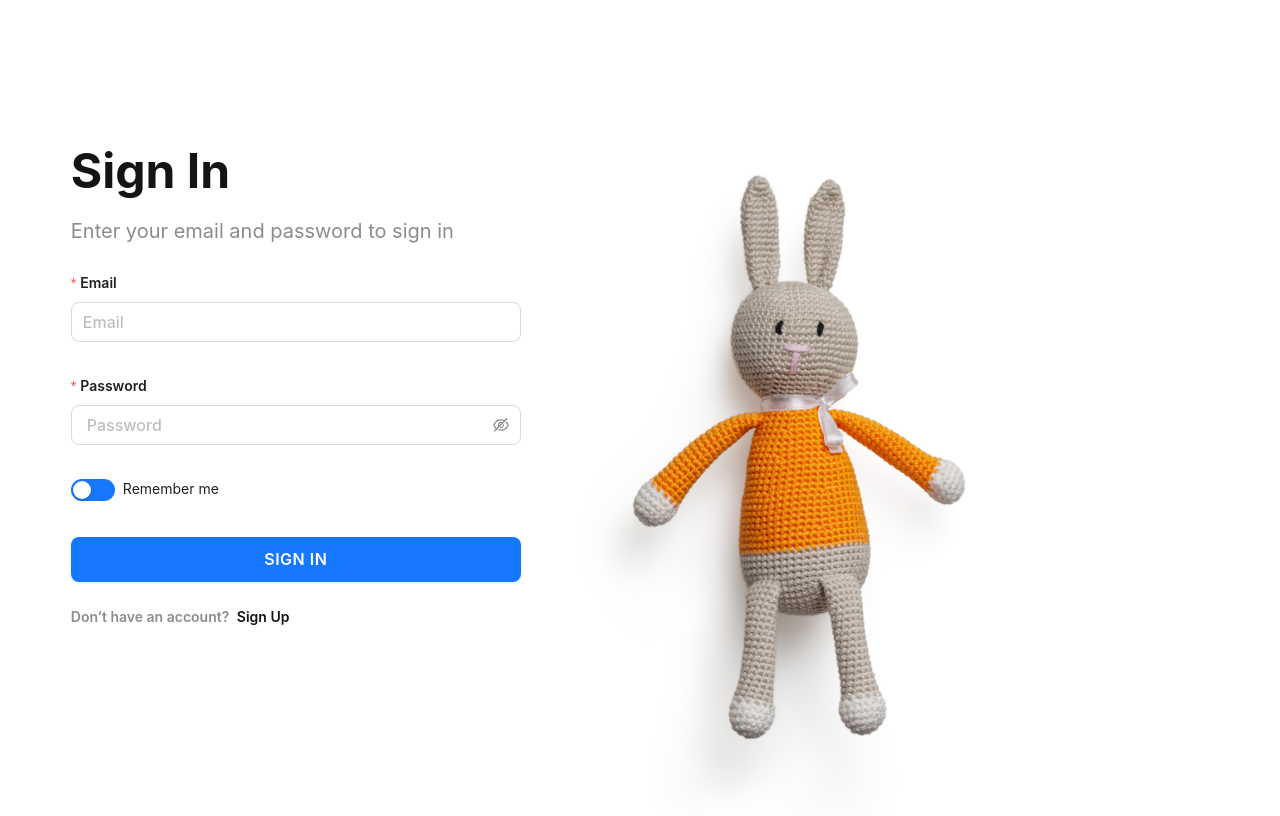
Repository: frontgps/dashboard
Page: /login
An editor plug-in stored every save of this project. The page is shown before and after a run of saves, followed by the edit.
The browser window is 1280 px wide. The pictures show the whole page.
The project was rebuilt for these pictures with package versions that can differ from the ones it lists, and the page was loaded fresh each time. Also part of the build but not shown: vite.config.ts, src/components/Button/Button.module.scss, src/components/Button/Button.tsx.

Above is the page before, as saved 2025-10-01 21:34:32.

### index.html
<!doctype html>
<html lang="en" dir="ltr">
  <head>
    <meta charset="UTF-8" />
    <link rel="icon" type="image/svg+xml" href="/vite.svg" />
    <meta name="viewport" content="width=device-width, initial-scale=1.0" />
    <title>dashboard</title>
  </head>
  <body>
    <div id="root"></div>
    <script type="module" src="/src/main.tsx"></script>
  </body>
</html>

### src/main.tsx
import { StrictMode } from 'react'
import { createRoot } from 'react-dom/client'
import App from '@/App'
import { ConfigProvider } from 'antd'
import { BrowserRouter } from 'react-router-dom'
import '@/styles/globals.scss'

createRoot(document.getElementById('root')!).render(
  <StrictMode>
    <ConfigProvider direction="rtl">
      <BrowserRouter>
        <App />
      </BrowserRouter>
    </ConfigProvider>
  </StrictMode>
)

### src/App.tsx
import Button from '@/components/Button/Button'
import { Route, Routes } from 'react-router-dom'
import Login from '@/pages/Login'
import { QueryClient, QueryClientProvider } from '@tanstack/react-query'
const queryClient = new QueryClient()

function App() {
  return (
    <QueryClientProvider client={queryClient}>
      <>
        <Routes>
          <Route
            path="/"
            element={
              <>
                <p>Interactive Frontend Camp</p>
                <Button>add</Button>
              </>
            }
          />
          <Route path="/login" element={<Login />} />
        </Routes>
      </>
    </QueryClientProvider>
  )
}

export default App

### src/styles/globals.scss
* {
  box-sizing: border-box;
  margin: 0;
  padding: 0;
}

//Ant inputs
.ant-input::placeholder,
.ant-input-password input::placeholder {
  font-weight: 500;
  color: #bfbfbf;
}
.ant-input,
.ant-input-password input {
  text-align: left;
  direction: ltr;
}
.ant-input-password .ant-input-suffix {
  right: 11px;
  left: auto;
}
.ant-input-password .ant-input-password-icon {
  position: absolute !important;
  right: 11px !important;
  left: auto !important;
}

### src/pages/Login.tsx
import { Row, Col, Typography, Form, Input, Button, Switch } from 'antd'
import type { FormProps } from 'antd'
import '@/styles/Login.scss'
import { useLogin } from '@/hooks/useLogin'

const { Text } = Typography

type LoginFormValues = {
  email: string
  password: string
  remember?: boolean
}

export default function Login() {
  const { mutateLogin, isPending, error } = useLogin()
  const onFinish: FormProps<LoginFormValues>['onFinish'] = (values) => {
    mutateLogin({ identity: values.email, password: values.password })
  }

  return (
    <div className="container">
      <Row align="middle" justify="center" className="login-container">
        <Col xs={22} sm={20} md={10} className="form-col">
          <div className="login-form-wrapper">
            <h2 className="login-title">Sign In</h2>
            <Text className="login-subtitle">
              Enter your email and password to sign in
            </Text>

            <Form<LoginFormValues>
              layout="vertical"
              onFinish={onFinish}
              className="login-form"
            >
              <Form.Item
                label={<span className="login-label">Email</span>}
                name="email"
                rules={[
                  { required: true, message: 'Please enter your email!' },
                  { type: 'email', message: 'Invalid email format!' },
                ]}
                className="login-form-item"
              >
                <Input
                  placeholder="Email"
                  size="large"
                  className="login-input"
                />
              </Form.Item>

              <Form.Item
                label={<span className="login-label">Password</span>}
                name="password"
                rules={[
                  { required: true, message: 'Please enter your password!' },
                ]}
                className="login-form-item"
              >
                <Input.Password
                  placeholder="Password"
                  size="large"
                  className="login-input"
                />
              </Form.Item>

              <Form.Item className="remember-me">
                <div className="remember-wrapper">
                  <Form.Item
                    name="remember"
                    valuePropName="checked"
                    noStyle
                    initialValue={true}
                  >
                    <Switch />
                  </Form.Item>
                  <Text className="remember-text">Remember me</Text>
                </div>
              </Form.Item>

              <Form.Item className="login-button-item">
                <Button
                  type="primary"
                  htmlType="submit"
                  size="large"
                  block
                  loading={isPending}
                  className="login-button"
                >
                  SIGN IN
                </Button>
              </Form.Item>
            </Form>

            <div className="signup-box">
              <Text className="signup-text">Don’t have an account? </Text>
              <a href="/signup" className="signup-link">
                Sign Up
              </a>
            </div>
          </div>
        </Col>

        <Col xs={22} sm={20} md={14} className="image-col">
          <img src="/images/login.jpg" alt="login" className="login-image" />
        </Col>
      </Row>
    </div>
  )
}

### src/styles/theme.scss
// Colors
$primary-color: #1677ff;
$secondary-color: #fff;

### src/styles/Login.scss
.container {
    max-width: 1800px;
    margin: 50px;
    @media (max-width: 767.98px) {
      margin: auto;
    }
  }
  .login-left {
    padding: 10px 60px;
  }

  .login-form-wrapper {
    max-width: 450px;
    margin: 0 auto;
  }

  .login-title {
    font-size: 48px;
    font-weight: 700;
    margin-bottom: 16px;
    color: #141414;
  }

  .login-subtitle {
    font-size: 20px;
    color: #8c8c8c;
    display: block;
    margin-bottom: 24px;
    text-align: end;

    @media (max-width: 767.98px) {
      font-size: 16px;
    }
  }

  .login-label {
    font-weight: 600;
  }

  .login-form-item {
    margin-bottom: 8px;
    min-height: 95px;
  }

  .remember-wrapper {
    margin-bottom: 12px;
  }

  .remember-box {
    display: flex;
    align-items: center;
  }

  .remember-text {
    margin-left: 8px;
    font-size: 14px;
  }

  .login-button {
    background: primary-color;
    height: 45px;
    font-weight: 600;
    letter-spacing: 0.5px;
  }

  .signup-box {
    text-align: left;
    margin-top: 16px;
  }

  .signup-text {
    font-size: 14px;
    font-weight: 600;
    color: #8c8c8c;
  }

  .signup-link {
    font-weight: 600;
    font-size: 14px;
    color: #141414;
    margin-left: 4px;
  }

  .login-right {
    display: flex;
    justify-content: flex-start;
  }

  .login-image {
    max-width: 600px;
    max-height: 666px;
    object-fit: contain;
    position: relative;
    top: 100px;
    @media (max-width: 767.98px) {
      max-width: 400px;
      max-height: 466px;
    }

  }

### src/hooks/useLogin.ts
import { login } from '@/api/login'
import { AuthSuccessResponse, LoginCredentials } from '@/types/auth'
import { useAuthStore } from '@/zustand/authStore'
import { useMutation } from '@tanstack/react-query'
import { useNavigate } from 'react-router-dom'

export function useLogin() {
  const setAuth = useAuthStore((state) => state.setAuth)
  const navigate = useNavigate()

  const {
    mutate: mutateLogin,
    error,
    isPending,
  } = useMutation<AuthSuccessResponse, Error, LoginCredentials>({
    mutationFn: ({ identity, password }) => login({ identity, password }),
    onSuccess: (data) => {
      setAuth(data)
      navigate('/dashboard')
    },
    onError: (err) => {
      console.error(err.message)
    },
  })

  return { mutateLogin, error, isPending }
}

### src/api/login.ts
import axios from 'axios'
import { BASE_URL } from './baseUrl'
import {
    AuthSuccessResponse,
    LoginCredentials,
} from '@/types/auth'

export async function login({
    identity,
    password,
}: LoginCredentials): Promise<AuthSuccessResponse> {
    const response = await axios.post<AuthSuccessResponse>(
        `${BASE_URL}api/collections/po_users/auth-with-password`,
        { identity, password }
    )
    return response.data
}

### src/zustand/authStore.ts
import { AuthSuccessResponse } from '@/types/auth'
import { create } from 'zustand'
import { persist } from 'zustand/middleware'

interface StoreState {
  //states
  token: string | null
  user: AuthSuccessResponse['record'] | null
  //actions
  setAuth: (data: AuthSuccessResponse) => void
  clearAuth: () => void
}

const initialState = {
  token: null,
  user: null,
}

export const useAuthStore = create<StoreState>()(
  persist(
    (set) => ({
      //state
      ...initialState,
      //action
      setAuth: (data) => set({ token: data.token, user: data.record }),
      clearAuth: () => set({ token: null, user: null }),
    }),
    {
      name: 'auth-store',
      partialize: (state) => ({ token: state.token, user: state.user }),
    }
  )
)

### src/api/baseUrl.ts
export const BASE_URL = 'https://api.mpakravaran.com/'

After the next 2 saves:
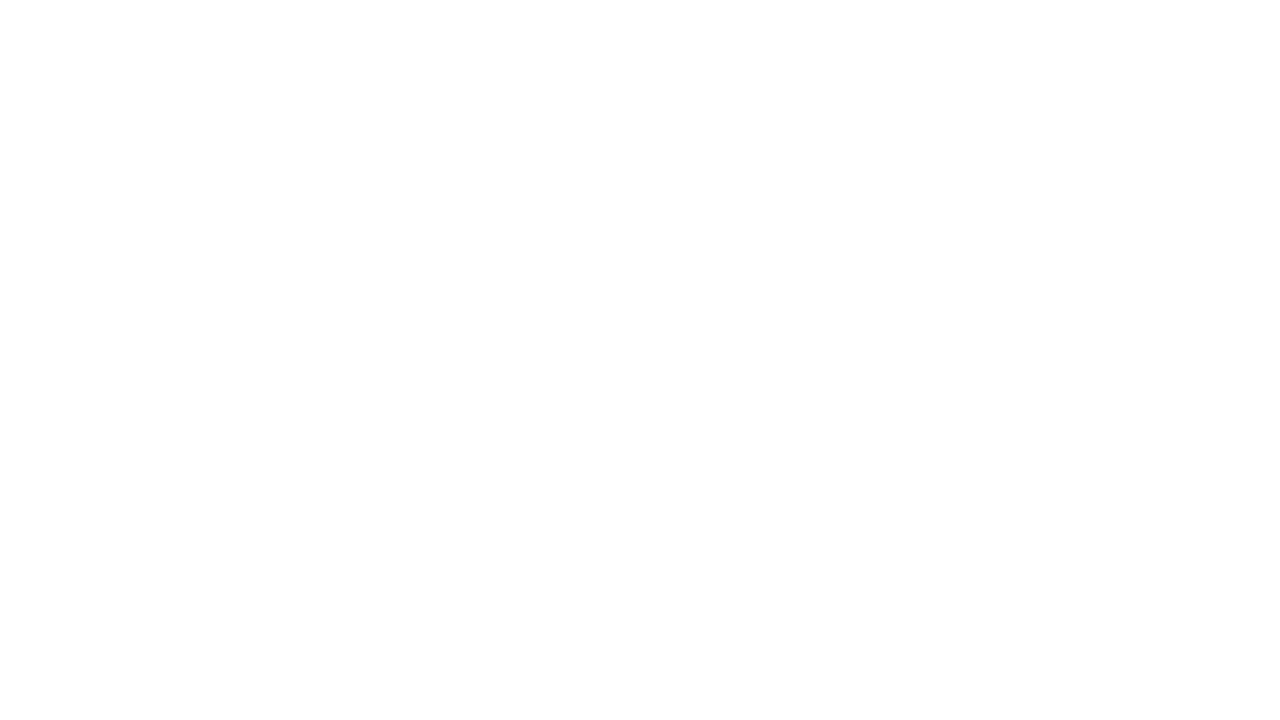
Console error: ReferenceError: cons is not defined
The 2 saves are shown as one change because they came seconds apart.
The last was saved 10 s later.
--- a/src/pages/Login.tsx
+++ b/src/pages/Login.tsx
@@ -16,6 +16,7 @@
   const onFinish: FormProps<LoginFormValues>['onFinish'] = (values) => {
     mutateLogin({ identity: values.email, password: values.password })
   }
+  cons
 
   return (
     <div className="container">

After the save that followed:
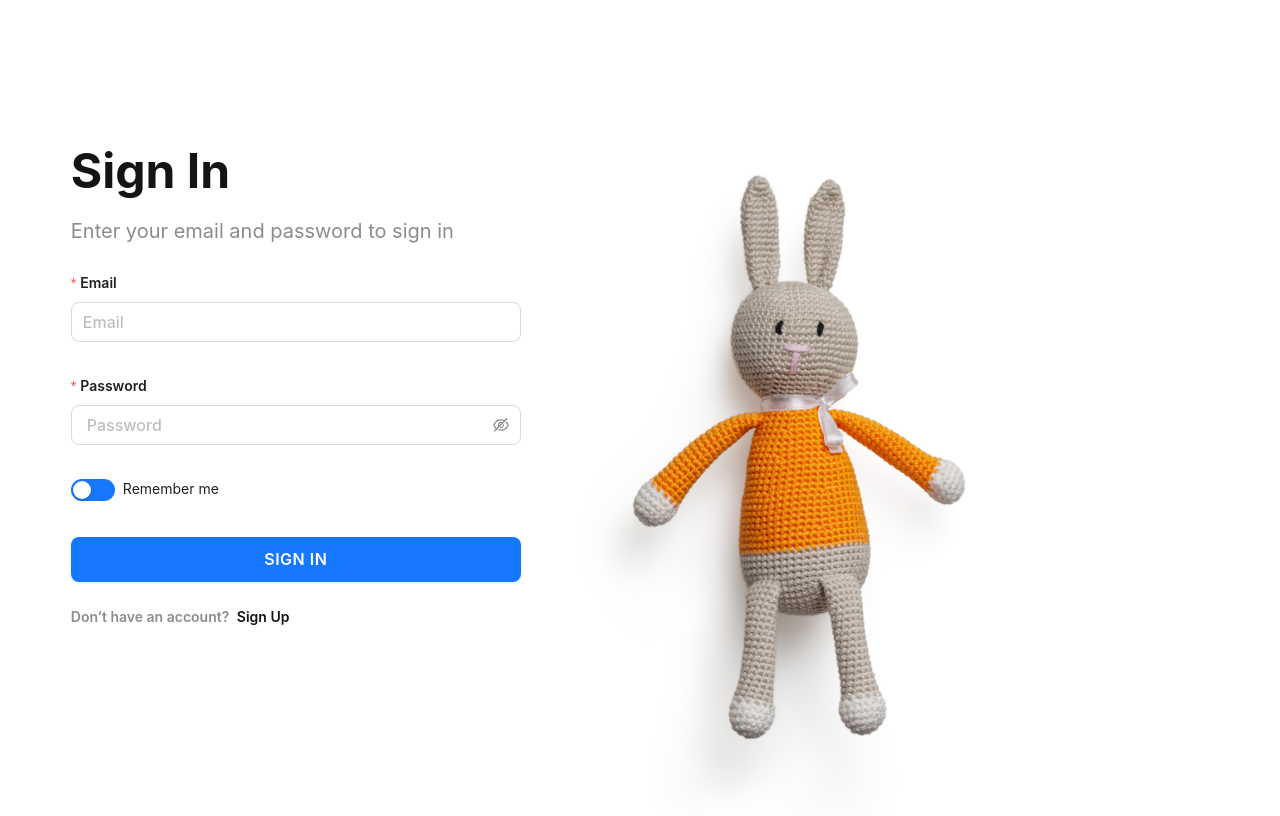
The error is gone.
Saved 4 s later.
--- a/src/pages/Login.tsx
+++ b/src/pages/Login.tsx
@@ -16,7 +16,7 @@
   const onFinish: FormProps<LoginFormValues>['onFinish'] = (values) => {
     mutateLogin({ identity: values.email, password: values.password })
   }
-  cons
+  console.log(error)
 
   return (
     <div className="container">
